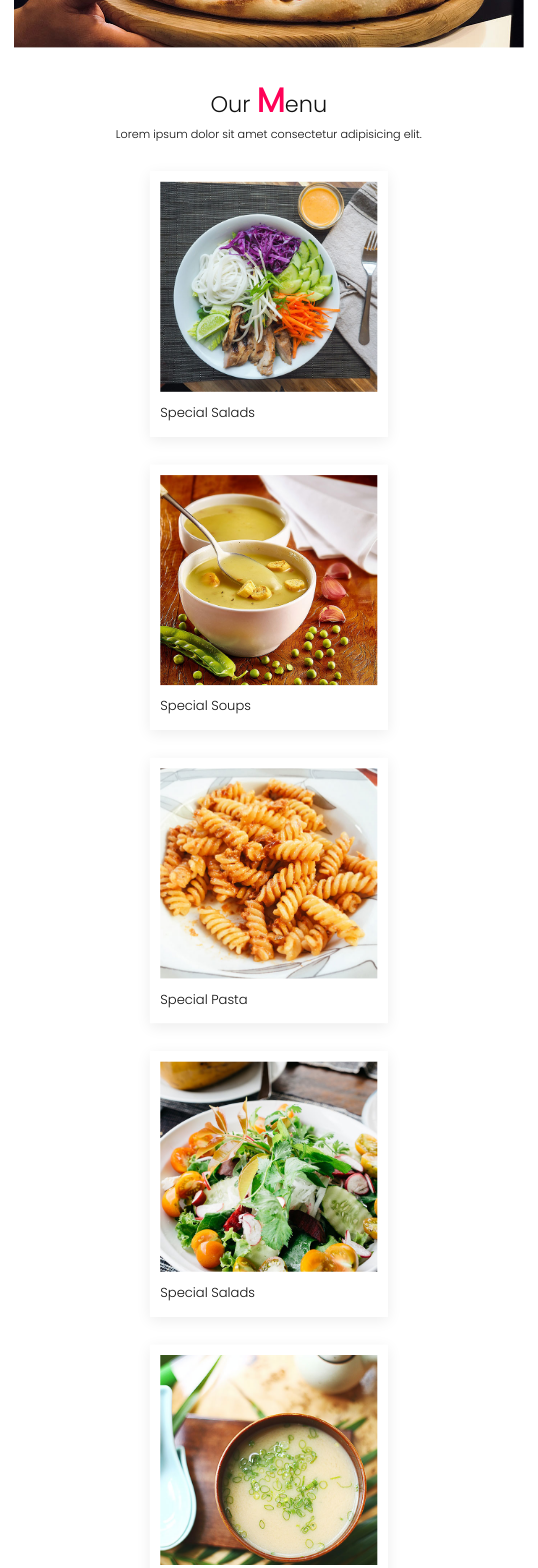
Repository: Adriandias1997/MobileFriendly_FoodWebsite
Page: index.html
These files come from the project's save history. The page is drawn as it stood at one moment and after the next save; the edit follows.
The browser window is 768 px wide. The pictures show the part of the page from y = 1344 to 3584 px (the page is 7244 px tall before and 5927 px after), at 70% of full size.

Above is the page before, as saved 2020-10-16 20:13:07.

### index.html
<!DOCTYPE html>
<html lang="en">

<head>
    <meta charset="UTF-8">
    <meta name="viewport" content="width=device-width, initial-scale=1.0">
    <title>Food</title>
    <link rel="stylesheet" href="style.css">
</head>

<body>
    <header>
        <a href="#" class="logo">Food <span>Corner</span></a>
        <div class="menuToggle" onclick="toggleMenu();"></div>
        <ul class="navigation">
            <li><a href="#banner">Home</a></li>
            <li><a href="#about">About Us</a></li>
            <li><a href="#menu">Menu</a></li>
            <li><a href="#expert">Expert</a></li>
            <li><a href="#testimonials">Testimonials</a></li>
            <li><a href="#contact">Contact</a></li>
        </ul>

    </header>
    <section class="banner" id="banner">
        <div class="content">
            <h2>Always choose Good</h2>
            <p>Lorem ipsum dolor sit amet consectetur adipisicing elit. Ipsam delectus nisi hic deserunt at, ex harum sit. Quos quaerat ut expedita velit. Commodi accusamus non debitis error sint at perspiciatis.</p>

            <a href="#" class="btn">Our Menu</a>
        </div>
    </section>

    <section class="about" id="about">
        <div class="row">
            <div class="col50">
                <h2 class="titleText"><span>A</span>bout Us</h2>
                <p>Lorem ipsum dolor sit amet consectetur adipisicing elit. Dolorum vero quam, at fuga facilis maiores consequatur! Quibusdam possimus debitis sed alias, provident fuga voluptatem, tempora eligendi aliquid quaerat laudantium repellat. Lorem
                    ipsum dolor sit amet consectetur adipisicing elit. Dolorum vero quam, at fuga facilis maiores consequatur! Quibusdam possimus debitis sed alias, provident fuga voluptatem, tempora eligendi aliquid quaerat laudantium repellat. Lorem
                    ipsum dolor sit amet consectetur adipisicing elit. Dolorum vero quam, at fuga facilis maiores consequatur! Quibusdam possimus debitis sed alias, provident fuga voluptatem, tempora eligendi aliquid quaerat laudantium repellat.
                </p>
            </div>
            <div class="col50">
                <div class="imgBx">
                    <img src="./Images/img1.jpg" alt="">
                </div>
            </div>
        </div>
    </section>

    <section class="menu" id="menu">
        <div class="title">
            <h2 class="titleText">Our <span>M</span>enu</h2>
            <p>Lorem ipsum dolor sit amet consectetur adipisicing elit.
            </p>
        </div>
        <div class="content">
            <div class="box">
                <div class="imgBx">
                    <img src="Images/menu1.jpg" alt="">
                </div>
                <div class="text">
                    <h3>Special Salads</h3>
                </div>
            </div>
            <div class="box">
                <div class="imgBx">
                    <img src="Images/menu2.jpg" alt="">
                </div>
                <div class="text">
                    <h3>Special Soups</h3>
                </div>
            </div>
            <div class="box">
                <div class="imgBx">
                    <img src="Images/menu3.jpg" alt="">
                </div>
                <div class="text">
                    <h3>Special Pasta</h3>
                </div>
            </div>
            <div class="box">
                <div class="imgBx">
                    <img src="Images/menu4.jpg" alt="">
                </div>
                <div class="text">
                    <h3>Special Salads</h3>
                </div>
            </div>
            <div class="box">
                <div class="imgBx">
                    <img src="Images/menu5.jpg" alt="">
                </div>
                <div class="text">
                    <h3>Special Soups</h3>
                </div>
            </div>
            <div class="box">
                <div class="imgBx">
                    <img src="Images/menu6.jpg" alt="">
                </div>
                <div class="text">
                    <h3>Special Salads</h3>
                </div>
            </div>
        </div>
        <div class="title">
            <a href="#" class="btn">
                View All
            </a>
        </div>
    </section>
    <section class="expert" id="expert">
        <div class="title">
            <h2 class="titleText">Our Kitchen <span>E</span>xpert</h2>
            <p>Lorem ipsum dolor sit amet consectetur adipisicing elit.
            </p>
        </div>
        <div class="content">
            <div class="box">
                <div class="imgBx">
                    <img src="Images/expert1.jpg" alt="">
                </div>
                <div class="text">
                    <h3>Tyler Brook</h3>
                </div>
            </div>
            <div class="box">
                <div class="imgBx">
                    <img src="Images/expert2.jpg" alt="">
                </div>
                <div class="text">
                    <h3>Dino Blok</h3>
                </div>
            </div>
            <div class="box">
                <div class="imgBx">
                    <img src="Images/expert3.jpg" alt="">
                </div>
                <div class="text">
                    <h3>Melanie Sasha</h3>
                </div>
            </div>
            <div class="box">
                <div class="imgBx">
                    <img src="Images/expert4.jpg" alt="">
                </div>
                <div class="text">
                    <h3>Bevon Gomez</h3>
                </div>
            </div>
        </div>
    </section>

    <section class="testimonials" id="testimonials">
        <div class="title white">
            <h2 class="titleText">They <span>S</span>aid about Us</h2>
            <p>Lorem ipsum dolor sit amet consectetur adipisicing elit.
            </p>
        </div>
        <div class="content">
            <div class="box">

                <div class="imgBx">
                    <img src="Images/testi1.jpg" alt="">
                </div>
                <div class="text">
                    <p>Lorem ipsum dolor sit amet consectetur adipisicing elit. Ipsam delectus nisi hic deserunt at, ex harum sit. Quos quaerat ut expedita velit. Commodi accusamus non debitis error sint at perspiciatis.
                    </p>
                    <h3>Christina Dias</h3>
                </div>
            </div>
            <div class="box">

                <div class="imgBx">
                    <img src="Images/testi2.jpg" alt="">
                </div>
                <div class="text">
                    <p>Lorem ipsum dolor sit amet consectetur adipisicing elit. Ipsam delectus nisi hic deserunt at, ex harum sit. Quos quaerat ut expedita velit. Commodi accusamus non debitis error sint at perspiciatis.
                    </p>
                    <h3>Charlie Walker</h3>
                </div>
            </div>
            <div class="box">

                <div class="imgBx">
                    <img src="Images/testi3.jpg" alt="">
                </div>
                <div class="text">
                    <p>Lorem ipsum dolor sit amet consectetur adipisicing elit. Ipsam delectus nisi hic deserunt at, ex harum sit. Quos quaerat ut expedita velit. Commodi accusamus non debitis error sint at perspiciatis.
                    </p>
                    <h3>Maya Jensen</h3>
                </div>
            </div>
        </div>
    </section>

    <section class="contact" id="contact">
        <div class="title">
            <h2 class="titleText"><span>C</span>ontact Us</h2>
            <p>Lorem ipsum dolor sit amet consectetur adipisicing elit.
            </p>
        </div>
        <div class="contactForm">
            <h3>Send Message</h3>
            <div class="inputBox">
                <input type="text" placeholder="Name">
            </div>
            <div class="inputBox">
                <input type="text" placeholder="Email">
            </div>
            <div class="inputBox">
                <textarea placeholder="Say Something"></textarea>

                <div class="inputBox">
                    <input type="submit" value="send">
                </div>

            </div>
    </section>
    <div class="copyrightText">
        <p>Copyright 2020 <a href="#">Adrian Dias</a>. All Right Reserved</p>

    </div>
    <script src="index.js"></script>
</body>

</html>

### style.css
            @import url("https://fonts.googleapis.com/css2?family=Poppins:wght@300&display=swap");
            * {
                margin: 0;
                padding: 0;
                box-sizing: border-box;
                font-family: "Poppins", sans-serif;
                scroll-behavior: smooth;
            }

            p {
                font-weight: 300;
                color: #111;
            }
            /* body {
    min-height: 1000px;
} */

            .banner {
                position: relative;
                width: 100%;
                min-height: 100vh;
                display: flex;
                justify-content: center;
                align-items: center;
                background: url(./Images/bg.jpg);
                background-size: cover;
            }

            .banner .content {
                max-width: 900px;
                text-align: center;
            }

            .banner .content h2 {
                font-size: 5em;
                color: #fff;
            }

            .banner .content p {
                font-size: 1em;
                color: #fff;
            }

            .btn {
                font-size: 1em;
                color: #fff;
                background: #ff0157;
                display: inline-block;
                padding: 10px 30px;
                text-transform: uppercase;
                text-decoration: none;
                letter-spacing: 2px;
                transition: 0.5s;
            }

            .btn:hover {
                background-color: #fff;
                color: #ff0157;
                letter-spacing: 6px;
            }

            header {
                position: fixed;
                top: 0;
                left: 0;
                width: 100%;
                padding: 40px 100px;
                z-index: 10000;
                display: flex;
                justify-content: space-between;
                align-items: center;
                transition: 0.5s;
            }

            header.sticky {
                background: #fff;
                padding: 10px 100px;
                box-shadow: 0 5px 20px rgba(0, 0, 0, 0.05);
            }

            header .logo {
                color: #fff;
                font-weight: 700;
                text-decoration: none;
                font-size: 2em;
            }

            header.sticky .logo {
                color: #111;
            }

            header .logo span {
                color: #ff0157;
            }

            header .navigation {
                position: relative;
                display: flex;
            }

            header .navigation li {
                list-style: none;
                margin-left: 30px;
            }

            header .navigation li a {
                text-decoration: none;
                color: #fff;
                font-weight: 300;
            }

            header.sticky .navigation li a {
                color: #111;
                font-weight: 300;
            }

            header .navigation li a:hover {
                color: #ff0157;
            }

            section {
                padding: 100px;
            }

            .row {
                position: relative;
                width: 100%;
                display: flex;
                justify-content: space-between;
            }

            .row .col50 {
                position: relative;
                width: 48%;
            }

            .titleText {
                color: #111;
                font-size: 2em;
                font-weight: 400;
            }

            .titleText span {
                color: #ff0157;
                font-size: 1.5em;
                font-weight: 700;
            }

            .row .col50 .imgBx {
                position: relative;
                width: 100%;
                height: 100%;
                /* min-height: 300px; */
            }

            .row .col50 .imgBx img {
                position: relative;
                top: 0;
                left: 0;
                width: 100%;
                height: 100%;
                object-fit: cover;
            }

            .title {
                width: 100%;
                display: flex;
                justify-content: center;
                align-items: center;
                flex-direction: column;
            }

            .menu .content {
                display: flex;
                justify-content: center;
                flex-direction: row-reverse;
                flex-wrap: wrap;
                margin-top: 40px;
            }

            .menu .content .box {
                width: 340px;
                margin: 20px;
                border: 15px solid #fff;
                box-shadow: 0 5px 20px rgba(0, 0, 0, 0.08);
            }

            .menu .content .box .imgBx {
                position: relative;
                width: 100%;
                height: 300px;
            }

            .menu .content .box .imgBx img {
                position: absolute;
                top: 0;
                left: 0;
                width: 100%;
                height: 100%;
                object-fit: cover;
            }

            .menu .content .box .text {
                padding: 15px 0 5px;
            }

            .menu .content .box .text h3 {
                font-weight: 400;
                color: #111;
            }

            .expert .content {
                display: flex;
                justify-content: center;
                align-items: center;
                flex-wrap: wrap;
                flex-direction: row;
                margin-top: 40px;
            }

            .expert .content .box {
                width: 250px;
                margin: 15px;
            }

            .expert .content .box .imgBx {
                position: relative;
                width: 100%;
                height: 300px;
            }

            .expert .content .box .imgBx img {
                position: absolute;
                top: 0;
                left: 0;
                width: 100%;
                height: 100%;
                object-fit: cover;
            }

            .expert .content .box .text {
                padding: 15px 0 5px;
            }

            .expert .content .box .text h3 {
                font-weight: 400;
                color: #111;
            }

            .testimonials {
                background: url(./Images/bg2.jpg);
                background-size: cover;
            }

            .white .titleText,
            .white p {
                color: #fff;
            }

            .testimonials .content {
                display: flex;
                justify-content: center;
                flex-wrap: wrap;
                flex-direction: row;
                margin-top: 40px;
            }

            .testimonials .content .box {
                width: 340px;
                margin: 20px;
                padding: 40px;
                background: #fff;
                display: flex;
                justify-content: center;
                align-items: center;
                flex-direction: column;
            }

            .testimonials .content .box .imgBx {
                position: relative;
                width: 80px;
                height: 80px;
                margin-bottom: 20px;
                border-radius: 50%;
                overflow: hidden;
            }

            .testimonials .content .box .imgBx img {
                position: absolute;
                top: 0;
                left: 0;
                width: 100%;
                height: 100%;
                object-fit: cover;
            }

            .testimonials .content .box .text {
                text-align: center;
            }

            .testimonials .content .box .text p {
                color: #666;
                font-style: italic;
                font-size: 15px;
            }

            .testimonials .content .box .text h3 {
                margin-top: 20px;
                color: #ff0157;
                font-size: 1em;
                font-weight: 600;
            }

            .contact {
                background: url(./Images/bg3.jpg);
                background-size: cover;
            }

            .contactForm {
                padding: 75px 50px;
                background: #fff;
                box-shadow: 0 15px 50px rgba(0, 0, 0, 0.1);
                max-width: 500px;
                margin-top: 50px;
            }

            .contactForm h3 {
                color: #111;
                font-size: 1.2em;
                margin-bottom: 20px;
                font-weight: 500;
            }

            .contactForm .inputBox {
                position: relative;
                width: 100%;
                margin-bottom: 20px;
            }

            .contactForm .inputBox input,
            .contactForm .inputBox textarea {
                width: 100%;
                border: 1px solid #555;
                padding: 10px;
                color: #111;
                outline: none;
                font-size: 16px;
                font-weight: 300;
                resize: none;
            }

            .contactForm .inputBox input[type='submit'] {
                font-size: 1em;
                color: #fff;
                background: #ff0157;
                display: inline-block;
                text-transform: uppercase;
                text-decoration: none;
                letter-spacing: 2px;
                transition: 0.5s;
                max-width: 100px;
                font-weight: 500;
                border: none;
                cursor: pointer;
            }

            .copyrightText {
                padding: 8px 40px;
                border-top: 1px solid rgba(0, 0, 0, 0.1);
                text-align: center;
            }

            .copyrightText p {
                color: #333;
            }

            .copyrightText a {
                color: #ff0157;
                font-weight: 500;
                text-decoration: none;
            }

            @media(max-width:991px) {
                header,
                header.sticky {
                    padding: 10px 20px;
                }
                header .navigation {
                    display: none;
                }
                header .navigation.active {
                    width: 100%;
                    height: calc(100% - 68px);
                    position: fixed;
                    top: 68px;
                    left: 0;
                    display: flex;
                    justify-content: center;
                    align-items: center;
                    flex-direction: column;
                    background: #fff;
                }
                header .navigation li {
                    margin-left: 0;
                }
                header .navigation li a {
                    color: #111;
                    font-size: 1.6em;
                }
                .menuToggle {
                    position: relative;
                    width: 40px;
                    height: 40px;
                    background: url(./Images/menu.png);
                    background-size: 30px;
                    background-repeat: no-repeat;
                    background-position: center;
                    cursor: pointer;
                }
                .menuToggle.active {
                    background: url(./Images/close.png);
                    background-size: 25px;
                    background-repeat: no-repeat;
                    background-position: center;
                }
                header.sticky .menuToggle {
                    filter: invert(1);
                }
                section {
                    padding: 20px;
                }
                .banner .content h2 {
                    font-size: 3em;
                }
                .row {
                    flex-direction: column;
                }
                .row .col50 {
                    position: relative;
                    width: 100%;
                }
                .row .col50 .imgBx {
                    height: 300px;
                    /* min-height: 300px; */
                    margin-top: 20px;
                }
                .menu .content {
                    margin-top: 20px;
                }
                .menu .content .box {
                    width: 340px;
                    margin: 20px;
                    border: 15px solid #fff;
                    box-shadow: 0 5px 20px rgba(0, 0, 0, 0.08);
                }
            }

### index.js
window.addEventListener('scroll', function() {
    const header = document.querySelector('header');
    header.classList.toggle('sticky', window.scrollY > 0);
});

function toggleMenu() {
    const menuToggle = document.querySelector('.menuToggle');
    const navigation = document.querySelector('.navigation');
    menuToggle.classList.toggle('active');
    navigation.classList.toggle('active');

}

After the next save:
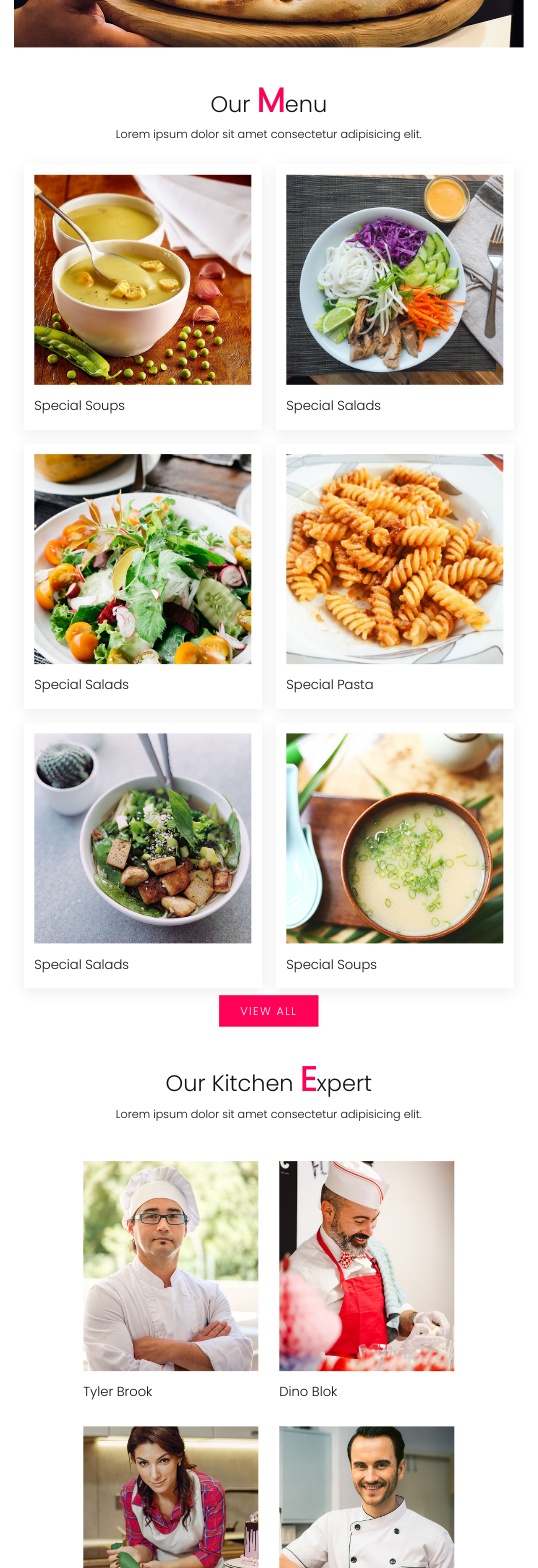
Saved 12 s later.
--- a/style.css
+++ b/style.css
@@ -448,9 +448,6 @@
                     margin-top: 20px;
                 }
                 .menu .content .box {
-                    width: 340px;
-                    margin: 20px;
-                    border: 15px solid #fff;
-                    box-shadow: 0 5px 20px rgba(0, 0, 0, 0.08);
-                }
-            }
+                    margin: 10px;
+                }
+            }
